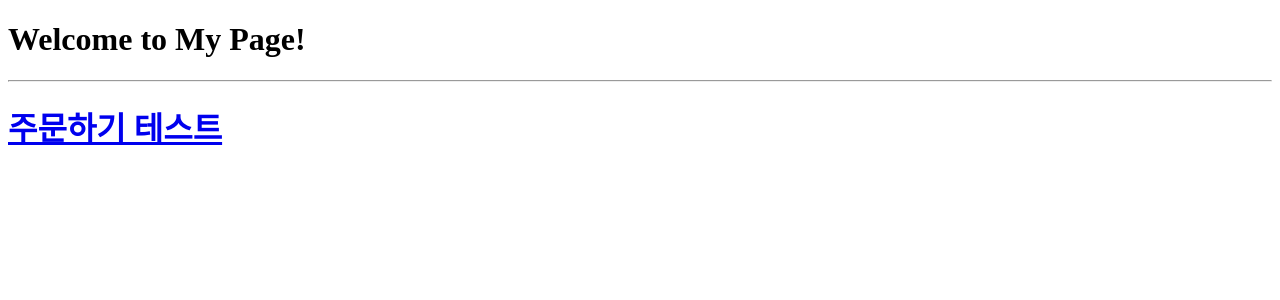
Repository: zxcvne/1400_web_nhs
Page: 05_jsp/src/web/src/main/webapp/index.html
An editor plug-in stored every save of this project. The page is shown before and after the next save, followed by the edit.
The browser window is 1280 px wide. The pictures show the whole page.

Above is the page before, as saved 2025-10-25 06:14:11.

After the next save:
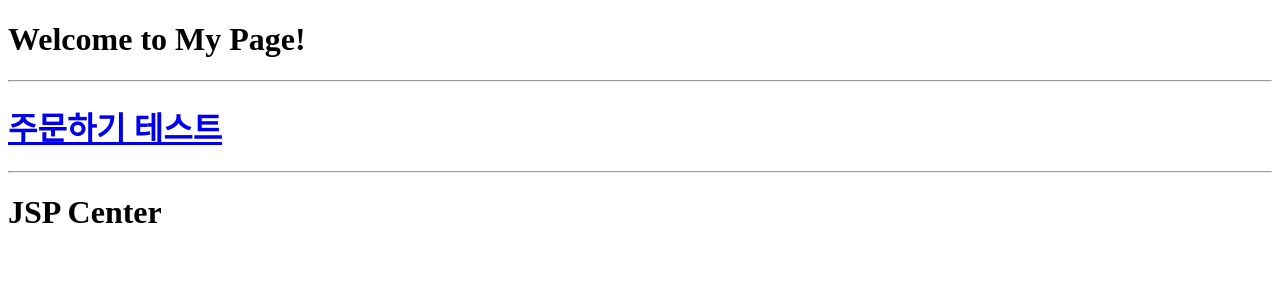
Saved 68 min 57 s later.
--- a/05_jsp/src/web/src/main/webapp/index.html
+++ b/05_jsp/src/web/src/main/webapp/index.html
@@ -8,5 +8,7 @@
 	<h1>Welcome to My Page!</h1>
 	<hr>
 	<h1><a href="/web/order.html">주문하기 테스트</a></h1>
+	<hr>
+	<h1>JSP Center</h1>
 </body>
 </html>
